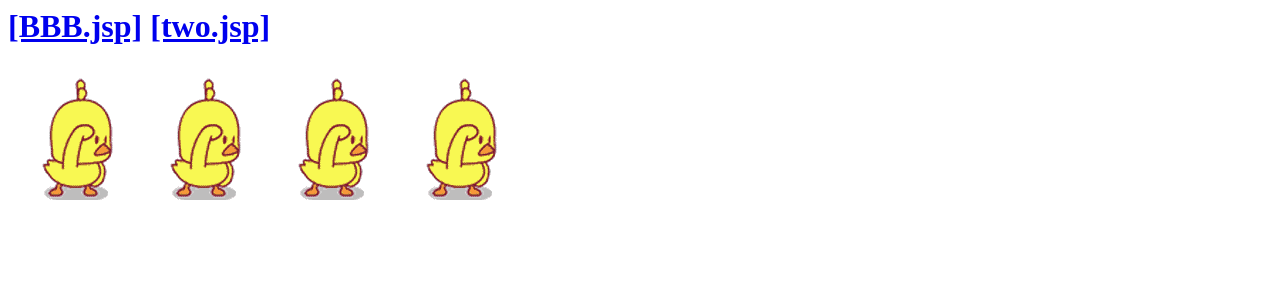
Repository: sorakazae/ITBANK_JSP_101
Page: http://localhost/Web0517/jstl0601.jsp
An editor plug-in stored every save of this project. The page is shown before and after the next save, followed by the edit.
The browser window is 1280 px wide. The pictures show the whole page.
The page is served by Tomcat 9.

Above is the page before, as saved 2014-06-01 00:22:51.

After the next save:
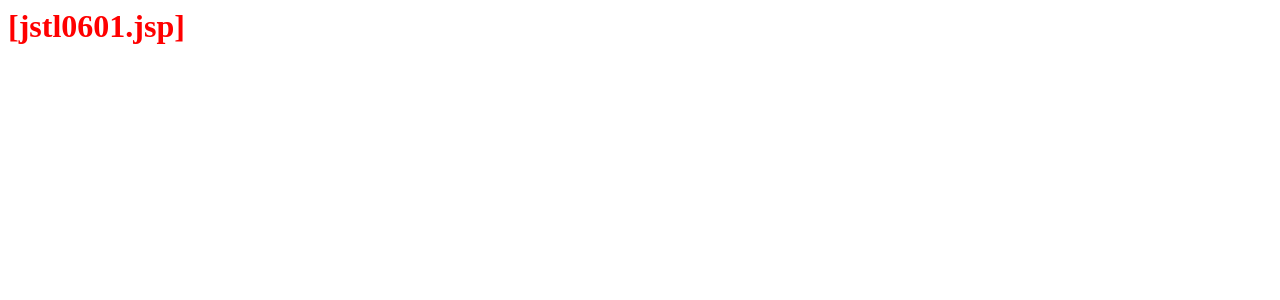
Saved 90 s later.
--- a/day8/my/Web0517/WebContent/jstl0601.jsp
+++ b/day8/my/Web0517/WebContent/jstl0601.jsp
@@ -3,24 +3,10 @@
 
 <html>
 <head>
-<title> [AAA.jsp]</title>
+<title> [jstl0601.jsp]</title>
 </head>
-<%
-	// int Gsabun=RS.getInt("sabun"); // twoList.jsp
-	int Gsabun=2233; // DB에서 사번필드값가져와서 twoDetail.jsp에 넘기기
-%>
-
 <body>
-
-	<h1>
-	  <a href="BBB.jsp?idx=<%= Gsabun %>">[BBB.jsp]</a>
-	  <a href="two.jsp">[two.jsp]</a>
-	</h1>
-	<p>
-	<img src="images/aaa.gif">
-	<img src="images/aaa.gif">
-	<img src="images/aaa.gif">
-	<img src="images/aaa.gif">
+ <font size=6 color=red> <b> [jstl0601.jsp] </b> </font>
 
 </body>
 </html>
